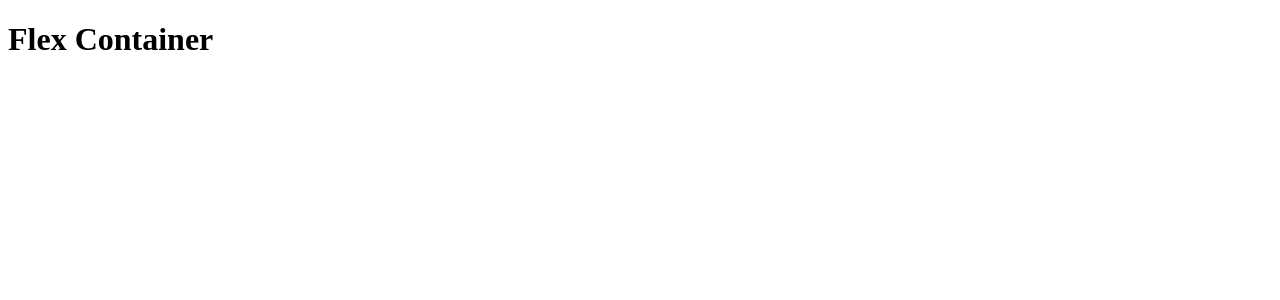
Repository: tandoan-teaching/teaching
Page: ltt/web/exercises/flexbox/flex-container.html
These files come from the project's save history. The page is drawn as it stood at one moment and after the next save; the edit follows.
The browser window is 1280 px wide. The pictures show the whole page.

Above is the page before, as saved 2024-03-24 16:05:52.

### ltt/web/exercises/flexbox/flex-container.html
<!DOCTYPE html>
<html lang="en">
<head>
    <meta charset="UTF-8">
    <meta name="viewport" content="width=device-width, initial-scale=1.0">
    <title>CSS Flex Box Tutorials</title>
</head>
<body>

    <div class="container">
        <h1>Flex Container</h1>


    </div>

</body>
</html>

After the next save:
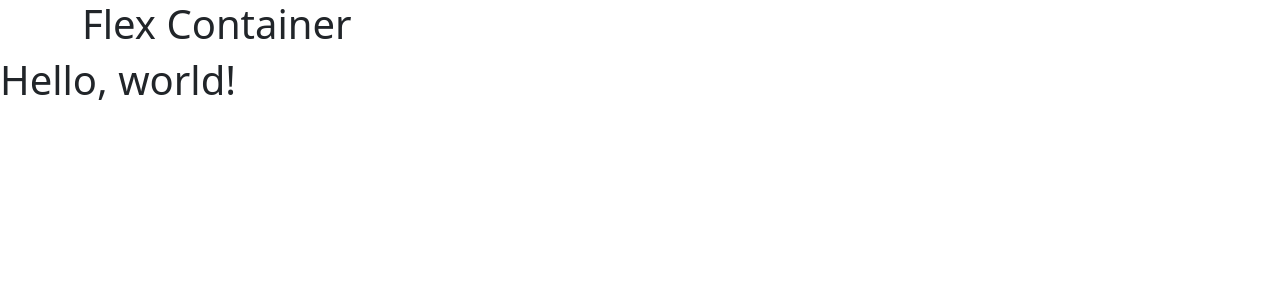
Saved 30 s later.
--- a/ltt/web/exercises/flexbox/flex-container.html
+++ b/ltt/web/exercises/flexbox/flex-container.html
@@ -15,3 +15,17 @@
 
 </body>
 </html>
+
+<!doctype html>
+<html lang="en">
+  <head>
+    <meta charset="utf-8">
+    <meta name="viewport" content="width=device-width, initial-scale=1">
+    <title>CSS Flex Box Tutorials</title>
+    <link href="https://cdn.jsdelivr.net/npm/bootstrap@5.3.3/dist/css/bootstrap.min.css" rel="stylesheet" integrity="sha384-QWTKZyjpPEjISv5WaRU9OFeRpok6YctnYmDr5pNlyT2bRjXh0JMhjY6hW+ALEwIH" crossorigin="anonymous">
+  </head>
+  <body>
+    <h1>Hello, world!</h1>
+    <script src="https://cdn.jsdelivr.net/npm/bootstrap@5.3.3/dist/js/bootstrap.bundle.min.js" integrity="sha384-YvpcrYf0tY3lHB60NNkmXc5s9fDVZLESaAA55NDzOxhy9GkcIdslK1eN7N6jIeHz" crossorigin="anonymous"></script>
+  </body>
+</html>
